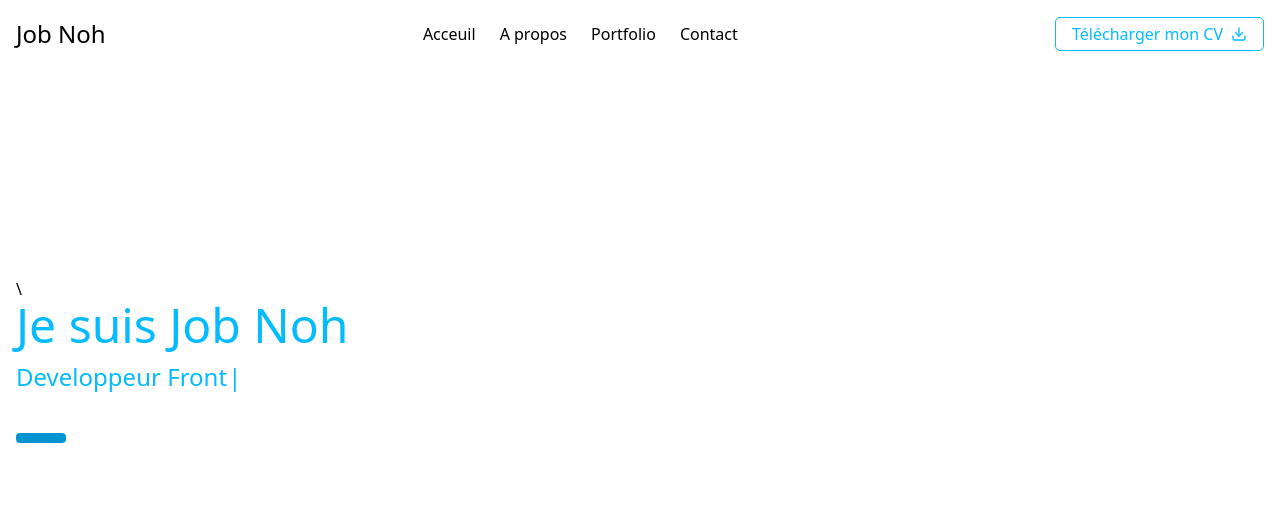
Repository: anoy1010/Nextportfolio
Page: /
An editor plug-in stored every save of this project. The page is shown before and after the next save, followed by the edit.
The browser window is 1280 px wide. The pictures show the whole page.
The project was rebuilt for these pictures with package versions that can differ from the ones it lists, and the page was loaded fresh each time. The framework's server and built-in components were replaced by stand-ins that run in the browser. Also part of the build but not shown: next.config.js, styles/Home.module.css.

Above is the page before, as saved 2023-03-06 16:31:49.

After the next save:
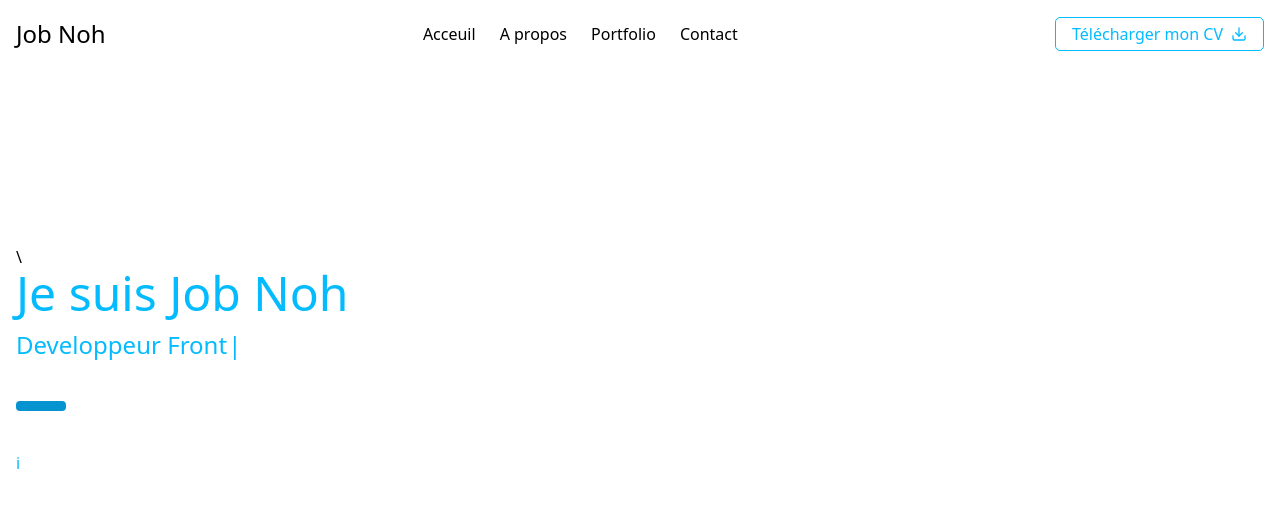
Saved 37 s later.
--- a/components/Hero.js
+++ b/components/Hero.js
@@ -32,8 +32,9 @@ const Hero = () => {
                 </div>
 
                 <div className='bg-[#0594d0] h-[10px] w-[50px] rounded'>
+                </div>
 
-                </div>
+                i
 
             </div>
 
